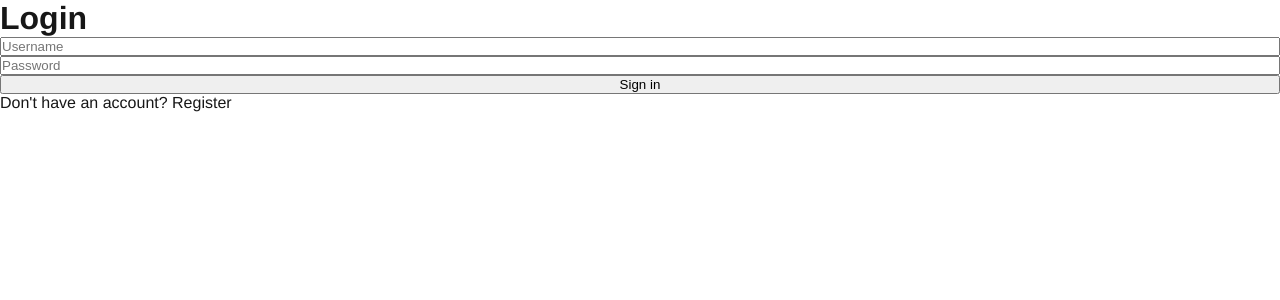
Repository: EricRobertCampbell/palaeo-fossil-classifier
Page: /login (app in palaeo-fossil-classifier/)
These files come from the project's save history. The page is drawn as it stood at one moment and after the next save; the edit follows.
The browser window is 1280 px wide. The pictures show the whole page.
The project was rebuilt for these pictures with package versions that can differ from the ones it lists, and the page was loaded fresh each time. The framework's server and built-in components were replaced by stand-ins that run in the browser. Also part of the build but not shown: palaeo-fossil-classifier/next.config.ts.

Above is the page before, as saved 2024-11-30 12:37:35.

After the next save:
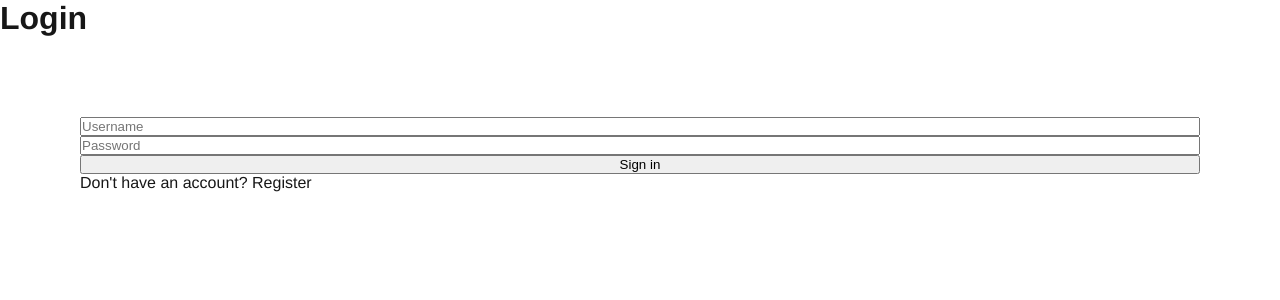
Saved 14 s later.
--- a/palaeo-fossil-classifier/app/login/page.module.css
+++ b/palaeo-fossil-classifier/app/login/page.module.css
@@ -5,6 +5,7 @@
 .form{
     display: grid;
     align-items: center;
+    padding: 5rem;
 }
 
 .button{
